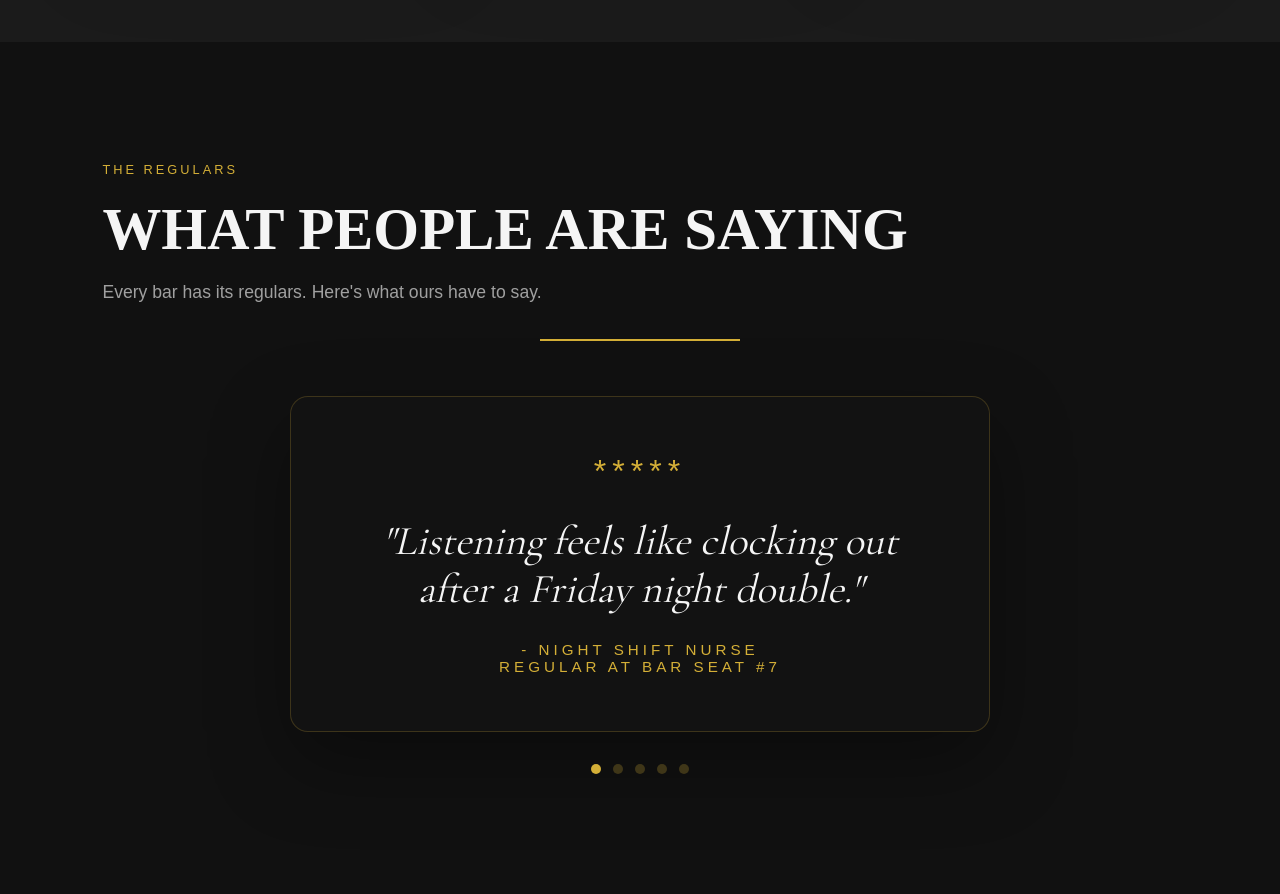
Repository: Gage-Codes/BarRot
Page: css/index.html
The author's editor kept a copy of each file at every save. The page is drawn from the files as they stood at one save, then again after the next save.
The browser window is 1280 px wide. The pictures show the part of the page from y = 4461 to 5413 px (the page is 5355 px tall before and 5413 px after).

Above is the page before, as saved 2026-07-05 00:48:58.

### css/index.html
<!DOCTYPE html>
<html lang="en">

<head>
    <meta charset="UTF-8">
    <meta name="viewport" content="width=device-width, initial-scale=1.0">
    <title>Bar Rot: Your Neighborhood Podcast</title>
    <link href="https://fonts.googleapis.com/css2?family=Cormorant+Garamond:wght@400;700&family=Roboto:wght@400;700&display=swap" rel="stylesheet">
    <link rel="stylesheet" href="style.css">
</head>

<!-- The Navigation Bar/Logo -->

<body>
<header>
    <nav class="navbar">
        <a href="#" class="logo">BAR ROT</a>
        <ul class="nav-links">
            <li><a href="#about">About</a></li>
            <li><a href="#episodes">Episodes</a></li>
            <li><a href="#recipes">Recipes</a></li>
            <li><a href="#hosts">Hosts</a></li>
            <li><a href="#reviews">Reviews</a></li>
            <li><a href="#contact">Contact</a></li>
        </ul>
    </nav>
</header>

<!-- Title/Hero Section -->

<main>
    <section id="hero">
        <div class="hero-content">

            <p class="eyebrow">A late-night podcast</p>
            <h1>Where bad decisions make good stories.</h1>
            <p class="hero-text">
                Bar Rot is a podcast about the chaos of working in nightlife and the friendships
                we've made along the way. These are the stories we tell after last call.
            </p>
            <div class="hero-buttons">
                <a href="#episodes" class="btn primary-btn">Listen Now</a>
                <a href="#about" class="btn secondary-btn">Learn More</a>
            </div>
        </div>
    </section>

<!-- The About Section -->

    <section id="about">
        <div class="section-label">About the Podcast</div>
        <div class="about-grid">
            <div>
                <h2>Come find a spot at the bar. We have some shit to talk about.</h2>
            </div>
            <div>
                <p>
                    Welcome to Bar Rot! The late-night podcast where we discuss nightlife,
                    bad decisions, friendship, dating, work, the chaos of the industry, and how Terry keeps
                    calling out and still has a job.
                </p>
                <p>
                    Join us for our post-shift therapy session, some trash talk, and a few good laughs.
                    Bar Rot is for anyone who regrets saying “one more shot”...
                    and for those of us who pour them.
                </p>
            </div>
        </div>
    </section>

<!--Episodes (Recent Episode) Section -->

    <section id="episodes">
        <div class="section-label">Latest Episodes</div>
        <div class="episodes-header">
            <h2>Real stories with real friends.</h2>
            <p>Three bartenders. One bottle. No filter.</p>
        </div>
        <article class="episode-card">
            <div class="episode-cover-area">
                <div class="record">
                    <div class="record-label">
                        <span>BAR</span>
                        <span>ROT</span>
                    </div>
                </div>
                <div class="album-cover">
                    <img src="images/episode-one.jpg" alt="The Bar Rot hots sitting togeather after work unwinding with a few dinks">
                </div>
            </div>
            <div class="episode-info">
                <p class="episode-number">Episode 01</p>
                <h3>Better To Leave It Where We Found It</h3>
                <p class="episode-description">
                    The stories we tell at the end of the night are the ones we probably shouldn't.
                    Welcome to the first round of Bar Rot.
                </p>
                <div class="episode-meta">
                    <span>46 minutes</span>
                    <span>June 2026</span>
                </div>
                <div class="cocktail-box">
                    <p>This Episodes Shift Drink:</p>
                    <h4>Neat or Chilled</h4>
                </div>
                <div class="episode-buttons">
                    <a href="#" class="btn primary-btn">Listen Now</a>
                    <a href="#recipes" class="btn secondary-btn">View Recipe</a>
                </div>
            </div>
        </article>
    </section>

<!--Shift Drinks/Recipes Section -->

    <section id="recipes">
        <div class="section-label">Shifties</div>
            <div class="recipes-layout">
                <div class="recipe-intro">
                    <h2>Every episode begins with a cocktail and ends with a story.</h2>
                    <p>
                        Choose an episode, make the drink, and unwind with us.
                        It's been one hell of a day, and we all deserve a drink.
                    </p>
                    <label for="cocktail-select">What's your poison?</label>
                    <select id="cocktail-select">
                        <option value="episode-one">Episode 01: Neat or Chilled</option>
                        <option value="episode-two">Episode 02: Schedule Not Yet Posted</option>
                        <option value="episode-three">Episode 03: Schedule Not Yet Posted</option>
                    </select>
                </div>
                <div class="recipe-content">
                    <p class="episode-number">Episode 01</p>
                    <h3>Neat or Chilled</h3>
                    <div class="recipe-divider">
                    </div>
                    <div class="recipe-block">
                        <h4>Recipe</h4>
                        <ul>
                            <li>2 oz. Whiskey, Tequila, Vodka, or Rum</li>
                            <li>Ice, optional</li>
                            <li>A long day</li>
                        </ul>
                    </div>
                    <div class="recipe-block">
                        <h4>Method</h4>
                        <ol>
                            <li>Choose your liquor.</li>
                            <li>Either pour it straight into a glass, or shake it with ice and strain into a fresh glass.</li>
                            <li>Go ahead and slam it.</li>
                            <li>Congrats! You just had your first of many shift drinks.</li>
                        </ol>
                    </div>
                    <div class="recipe-block host-note">
                        <h4>Behind the Bar</h4>
                        <p>“This drink is a simple one, but it is the one we all reach for at the end of a long night.
                            It is for when everyone says they're only staying for one... and then suddenly it's 3 a.m.”
                        </p>
                    </div>
                </div>
            </div>
    </section>

<!--Meet the Hosts-->

    <section id="hosts">
        <div class="section-label">The Crew</div>
        <h2 class="host-title">
            Meet the Crew
        </h2>
        <p class="hosts-subtitle">
            Everyone has a story. These three just decided to record them.
        </p>
        <div class="section-divider">
        </div>
        <div class="host-grid">
            <article class="host-card">
<!--Gage Info-->
                <img src="images/gage.jpg" alt="Gage" class="host-photo">
                <div class="host-info">
                    <h3>Gage</h3>
                    <p class="host-nickname">
                        <i>"The Personality Hire"</i>
                    </p>
                    <div class="host-divider">
                    </div>
                    <div class="host-detail">
                        <span class="detail-label">
                            SHIFT DRINK:
                        </span>
                        <span class="detail-value">
                            Naked and Famous
                        </span>
                    </div>
                    <div class="host-detail">
                        <span class="detail-label">
                            KNOWN FOR:
                        </span>
                        <span class="detail-value">
                            Drinking tequila out of a Red Bull can.
                        </span>
                    </div>
                    <div class="host-detail">
                        <span class="detail-label">
                            SHIFT QUOTE:
                        </span>
                        <span class="detail-value">
                            "Can we hurry this up? I can feel my buzz starting to wear off."
                        </span>
                    </div>
                </div>
            </article>
<!--Aylen Info-->
            <article class="host-card">
                <img src="images/aylen.jpg" alt="Aylen" class="host-photo">
                <div class="host-info">
                    <h3>Aylen</h3>
                    <p class="host-nickname">
                        <i>"The Firercracker"</i>
                    </p>
                    <div class="host-divider">
                    </div>
                    <div class="host-detail">
                        <span class="detail-label">
                            SHIFT DRINK:
                        </span>
                        <span class="detail-value">
                            Mezcal Passionfruit Margarita
                        </span>
                    </div>
                    <div class="host-detail">
                        <span class="detail-label">
                            BIGGEST PET PEEVE:
                        </span>
                        <span class="detail-value">
                            "People waving cash in my face."
                        </span>
                    </div>
                    <div class="host-detail">
                        <span class="detail-label">
                            MOST LIKELY TO:
                        </span>
                        <span class="detail-value">
                            Rip a shot with a guest behind the bar.
                        </span>
                    </div>
                </div>
            </article>
<!--Abby Info-->
            <article class="host-card">
                <img src="images/abby.jpg" alt="Aylen" class="host-photo">
                <div class="host-info">
                    <h3>Abby</h3>
                    <p class="host-nickname">
                        <i>"The Diva"</i>
                    </p>
                    <div class="host-divider">
                    </div>
                    <div class="host-detail">
                        <span class="detail-label">
                            SHIFT DRINK:
                        </span>
                        <span class="detail-value">
                            Esspresso Martini
                        </span>
                    </div>
                    <div class="host-detail">
                        <span class="detail-label">
                            SIGNATURE MOVE:
                        </span>
                        <span class="detail-value">
                            The Worm
                        </span>
                    </div>
                    <div class="host-detail">
                        <span class="detail-label">
                            WORST SHIFT EVER:
                        </span>
                        <span class="detail-value">
                            "Any shift I have to work sober."
                        </span>
                    </div>
                </div>
            </article>
        </div>
    </section>

<!--Reviews-->

    <section id="reviews">
        <div class="section-label">
            The Regulars
        </div>
        <h2 class="reviews-title">
            What People Are Saying
        </h2>
        <p class="reviews-subtitle">
            Every bar has its regulars. Here's what ours have to say.
        </p>
        <div class="section-divider">
        </div>
        <div class="review-slider">
            <div class="review-card">
                <div class="review-stars">
                    *****
                </div>
                <blockquote class="review-text">
                    "Listening feels like clocking out after a Friday night double."
                </blockquote>
                <p class="review-author">
                    - Night Shift Nurse
                    <br>Regular at Bar Seat #7</br>
                </p>
            </div>
        </div>
        <div class="review-dots">
            <span class="dot active">
            </span>
            <span class="dot">
            </span>
            <span class="dot">
            </span>
            <span class="dot">
            </span>
            <span class="dot">
            </span>
        </div>
    </section>

    <section id="contact"></section>

</main>

<footer></footer>

<!--Java Script/Nav Bar-->

<script src="script.js"></script>

</body>

</html>

Loaded but not shown: css/script.js (21 lines, source omitted); css/style.css (634 lines, source omitted)

After the next save:
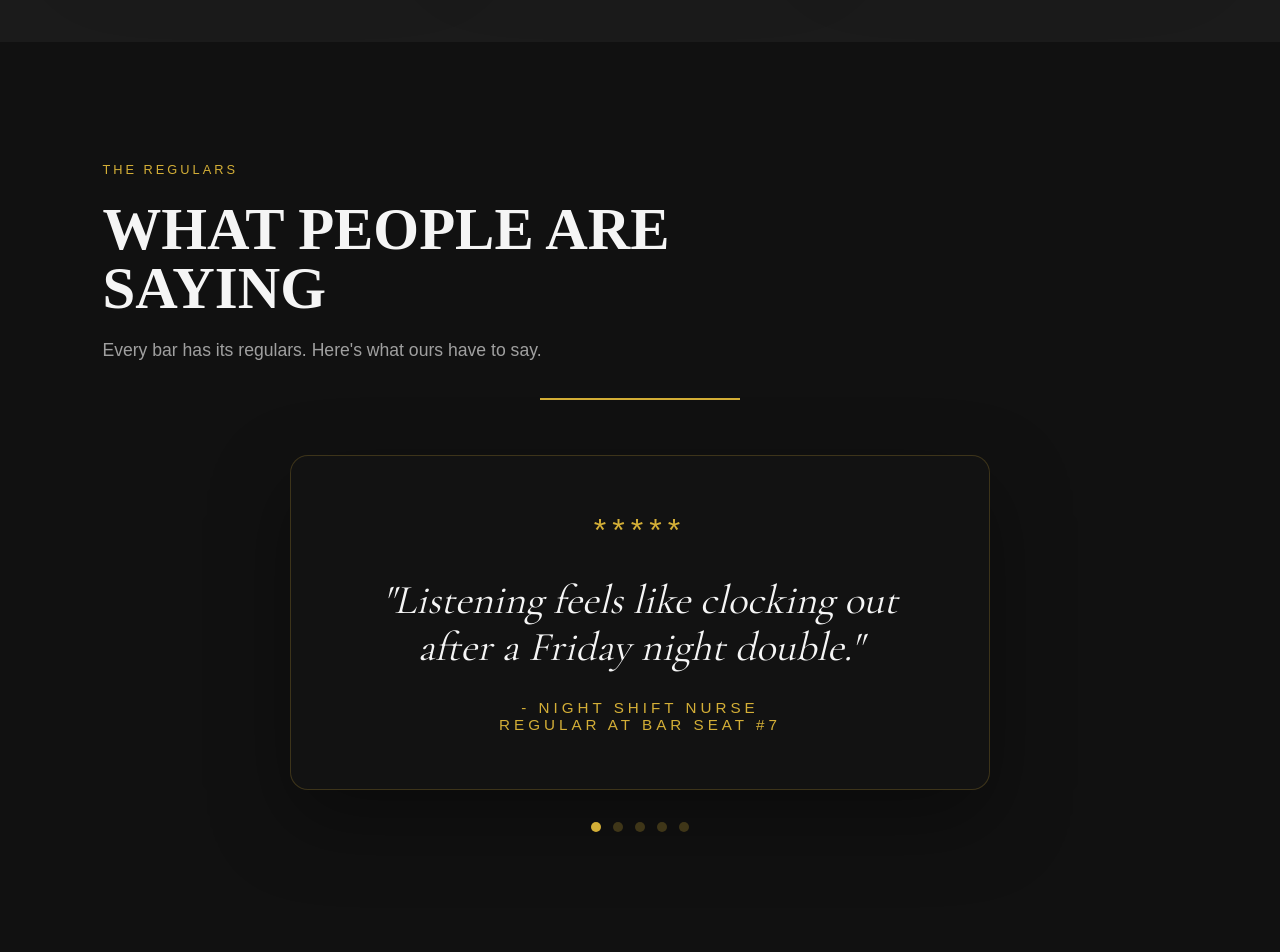
Saved 18 s later.
--- a/css/index.html
+++ b/css/index.html
@@ -292,7 +292,7 @@
             The Regulars
         </div>
         <h2 class="reviews-title">
-            What People Are Saying
+            What People Are <br>Saying
         </h2>
         <p class="reviews-subtitle">
             Every bar has its regulars. Here's what ours have to say.
